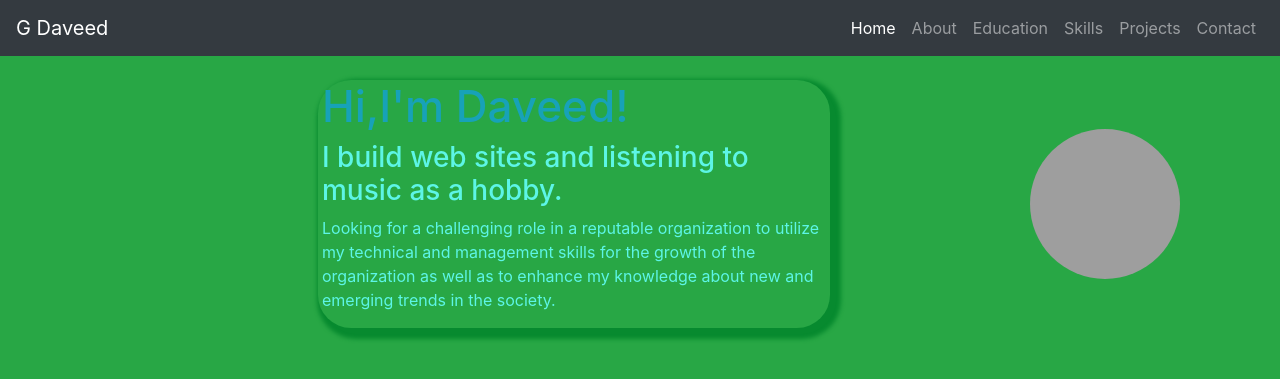
Repository: DaveedGangi/DaveedWebsite
Page: one.html
An editor plug-in stored every save of this project. The page is shown before and after the next save, followed by the edit.
The browser window is 1280 px wide. The pictures show the whole page.
Pictures or frames that could not be fetched are drawn as grey boxes.

Above is the page before, as saved 2023-10-23 12:10:11.

### one.html
<html>
    <head>
    <link rel="stylesheet" href="two.css"></link>
    <link rel="stylesheet" href="https://cdn.jsdelivr.net/npm/bootstrap@4.5.3/dist/css/bootstrap.min.css" integrity="sha384-TX8t27EcRE3e/ihU7zmQxVncDAy5uIKz4rEkgIXeMed4M0jlfIDPvg6uqKI2xXr2" crossorigin="anonymous">
    <script src="https://code.jquery.com/jquery-3.5.1.slim.min.js" integrity="sha384-DfXdz2htPH0lsSSs5nCTpuj/zy4C+OGpamoFVy38MVBnE+IbbVYUew+OrCXaRkfj" crossorigin="anonymous"></script>
    <script src="https://cdn.jsdelivr.net/npm/bootstrap@4.5.3/dist/js/bootstrap.bundle.min.js" integrity="sha384-ho+j7jyWK8fNQe+A12Hb8AhRq26LrZ/JpcUGGOn+Y7RsweNrtN/tE3MoK7ZeZDyx" crossorigin="anonymous"></script>



</head>

<body>
<div class="bgcontainer bg-success">
    <nav class="navbar navbar-expand-lg navbar-dark bg-dark">
        <a class="navbar-brand" href="#">G Daveed</a>
        <button class="navbar-toggler" type="button" data-toggle="collapse" data-target="#navbarNavAltMarkup" aria-controls="navbarNavAltMarkup" aria-expanded="false" aria-label="Toggle navigation">
          <span class="navbar-toggler-icon"></span>
        </button>
        <div class="collapse navbar-collapse" id="navbarNavAltMarkup">
          <div class="navbar-nav ml-auto">
            <a class="nav-link active" href="#">Home <span class="sr-only">(current)</span></a>

            <a class="nav-link" href="#">About</a>
            <a class="nav-link" href="#">Education</a>
            <a class="nav-link" href="#">Skills</a>
            <a class="nav-link" href="#">Projects</a>
            <a class="nav-link" href="#">Contact</a>

          </div>
        </div>
      </nav>


      <div class="mystory">
        <div>
          <img class="image1" src="https://i.ibb.co/T4YX7Jh/IMG-20221229-170952.jpg">
        </div>
        <div class="card1">
        <h1 class="hi text-info">Hi,I'm Daveed!</h1>
        <h3 class="paragraph">I build web sites and listening to music as a hobby.</h3>

        <p>Looking for a challenging role in a reputable organization to utilize my technical and management  skills for the growth of the organization as well as to enhance my knowledge about new and emerging trends in  the society. </p>

      </div>
      <div>
        <img class="image2" src="https://i.ibb.co/T4YX7Jh/IMG-20221229-170952.jpg">
      </div>

    </div>





    </div>

</body>
</html>

### two.css
.bgcontainer {
    height:100vh;
    background-size:cover;

}
.mystory{
    color:rgb(93, 245, 230);
    display: flex;
    flex-direction:column;
    justify-content: center;
    padding-top:24px;
    justify-content:space-around;
    align-items: center;

}
.image1{
    height:150px;
    width:150px;
    border-radius:100px;
    margin:12px;

}
.image2{
    height:150px;
    width:150px;
    border-radius:100px;
    display: none;

}
.card1{

    width:40vw;
    padding-left:4px;
    margin-left:18px;
    border-radius: 33px;
    display: flex;
    flex-direction: column;
    align-items:left;
    box-shadow:5px 5px 4px 6px rgb(7, 138, 47);
}
.hi{
    font-size:44px;
}
@media (min-width: 768px){
    .mystory{
        display: flex;
        flex-direction: row;
    }
    .image1{
        display:none;
    }
    .image2{
        display: block;
    }

}

After the next save:
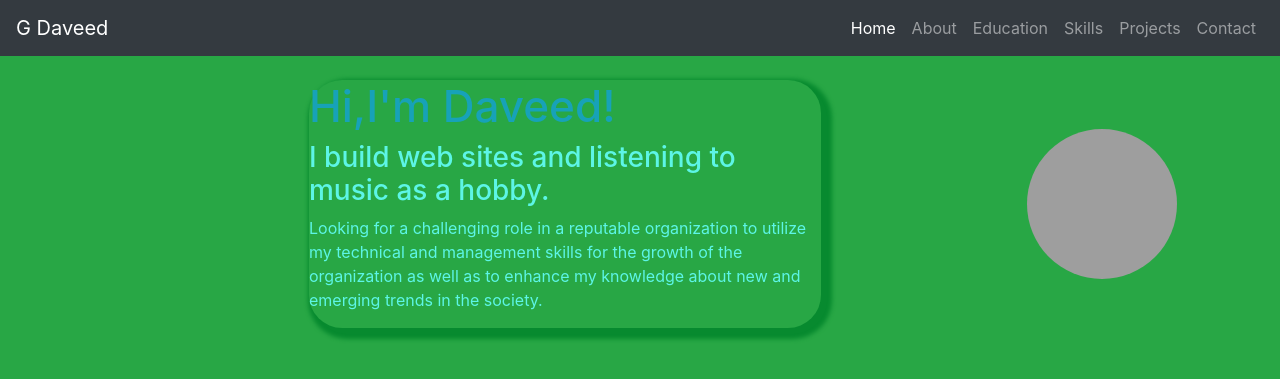
Saved 20 s later.
--- a/two.css
+++ b/two.css
@@ -30,8 +30,7 @@
 .card1{
 
     width:40vw;
-    padding-left:4px;
-    margin-left:18px;
+
     border-radius: 33px;
     display: flex;
     flex-direction: column;
